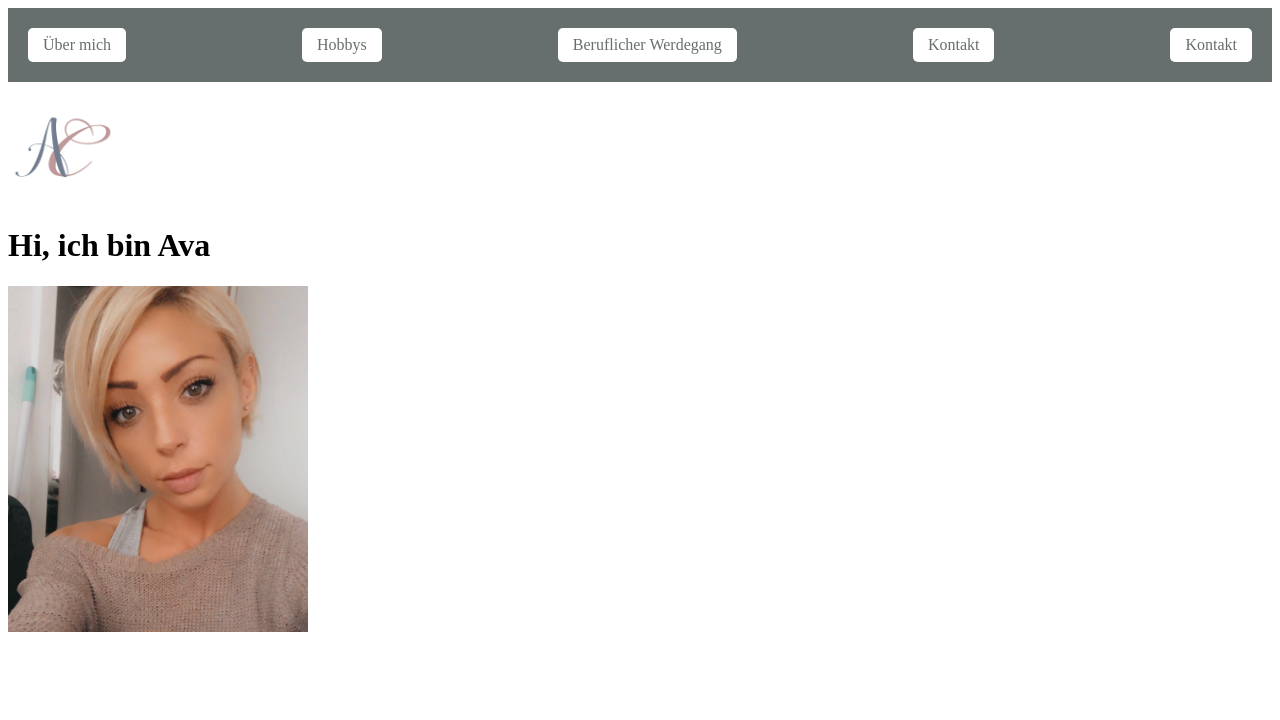
Repository: Ava-VictoriaCrivello/website
Page: index.html
An editor plug-in stored every save of this project. The page is shown before and after the next save, followed by the edit.
The browser window is 1280 px wide. The pictures show the whole page.
Some web fonts or font styles are not loaded; a fallback is used.

Above is the page before, as saved 2022-05-29 12:55:28.

### index.html
<!DOCTYPE html>
<html lang="en">
  <head>
    <meta charset="UTF-8" />
    <meta http-equiv="X-UA-Compatible" content="IE=edge" />
    <meta name="viewport" content="width=device-width, initial-scale=1.0" />
    <title>website</title>
    <link rel="stylesheet" href="style.css" />
    <link rel="preconnect" href="https://fonts.googleapis.com" />
    <link rel="preconnect" href="https://fonts.gstatic.com" crossorigin />
    <link
      href="https://fonts.googleapis.com/css2?family=Tiro+Telugu:ital@1&display=swap"
      rel="stylesheet"
    />
  </head>
  <body>
    <nav>
      <a class="button" href="#aboutme">Über mich</a>
      <a class="button" href="#hobbys">Hobbys</a>
      <a class="button" href="#work">Beruflicher Werdegang</a>
      <a class="button" href="#contact">Kontakt</a>
      <a class="button" href="#contact">Kontakt</a>
    </nav>

    <header>
      <img src="logo.png" width="120px" , height="" />
      <h1>Hi, ich bin Ava</h1>
      <img src="ich.png" width="300px" , height="" />
    </header>
  </body>
</html>

### style.css
nav {
  background-color: rgb(103, 110, 110);
  font-family: "Tiro Telugu", serif;
  padding: 20px;
  display: flex;
  justify-content: space-between;
}

.button {
  background-color: white;
  color: rgb(103, 110, 110);
  padding: 8px 15px;
  border-radius: 5px;
  text-decoration: none;
}

After the next save:
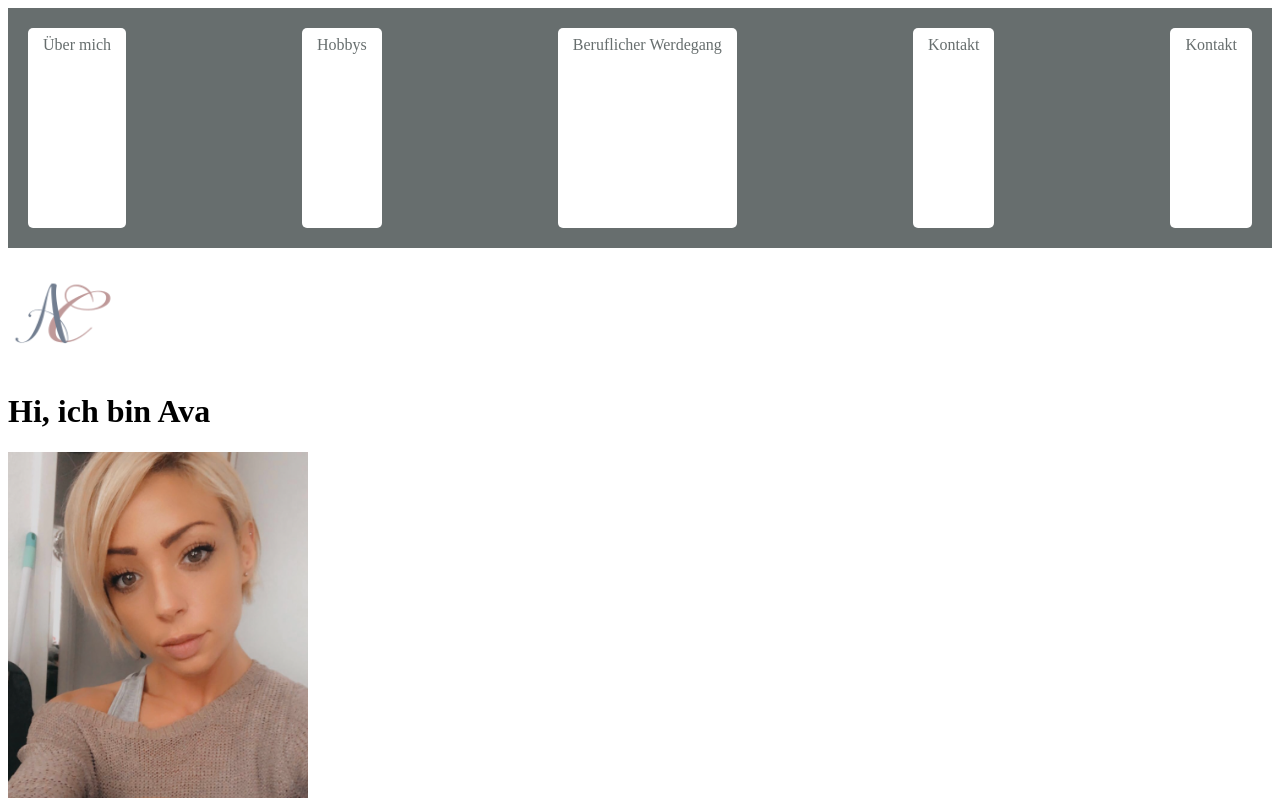
Saved 3 min 20 s later.
--- a/style.css
+++ b/style.css
@@ -4,6 +4,10 @@ nav {
   padding: 20px;
   display: flex;
   justify-content: space-between;
+  flex-wrap: wrap;
+  gap: 20px;
+  height: 200px;
+  flex-direction: row;
 }
 
 .button {
